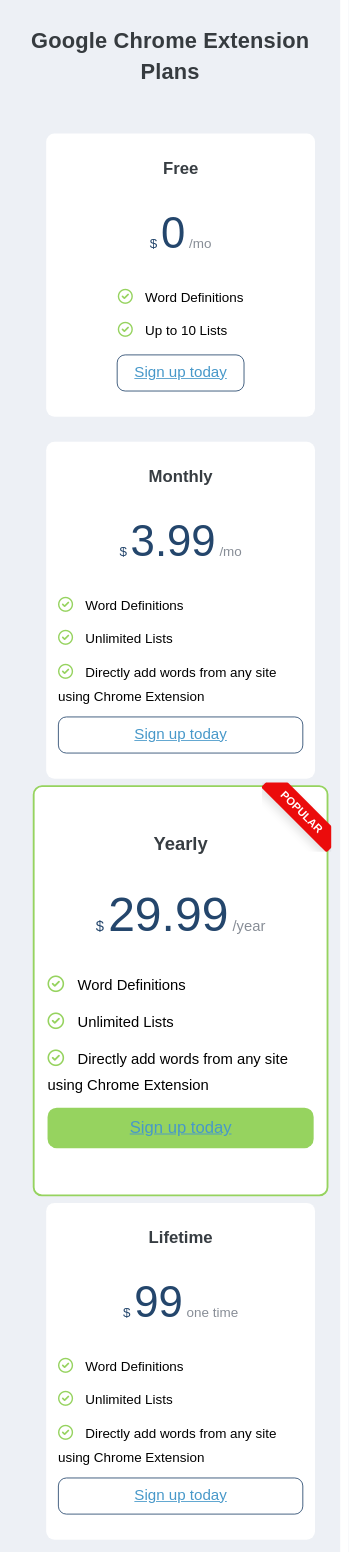
Repository: Novoselets28/chatos-test-task
Page: index.html
The author's editor kept a copy of each file at every save. The page is drawn from the files as they stood at one save, then again after the next save.
The browser window is 375 px wide. The page is 415 px wide, then 405 px, so the pictures cover 415 px, including what lies to the right of the window. The pictures show the whole page, at 84% of full size.

Above is the page before, as saved 2023-04-20 01:12:38.

### index.html
<!DOCTYPE html>
<html lang="en">
<head>
    <meta charset="UTF-8">
    <meta http-equiv="X-UA-Compatible" content="IE=edge">
    <meta name="viewport" content="width=device-width, initial-scale=1.0">
    <link rel="stylesheet" type="text/css" href="index.css" />
    <link rel="stylesheet" href="https://cdnjs.cloudflare.com/ajax/libs/font-awesome/6.0.0/css/all.min.css">
    <link rel="preconnect" href="https://fonts.googleapis.com">
    <link rel="preconnect" href="https://fonts.gstatic.com" crossorigin>
    <link href="https://fonts.googleapis.com/css2?family=Arimo:wght@400;700&family=Rubik&display=swap" rel="stylesheet">
    <title>Document</title>
</head>
<body>
    <div class="page__extension extension">
        <div class="extension__container _container">
            <div class="extension__header header-block">
                <h2 class="header-block__title">Google Chrome Extension Plans</h2>
            </div>
            <div class="extension__items">
                <!-- Modern pricing table - Free -->
                <div class="extension__item item-extension">
                    <h5 class="item-extension__title">Free</h5>
                    <div class="item-extension__price price-item">
                        <span class="price-item__dollar">$</span>
                        <span class="price-item__number">0</span>
                        <span class="price-item__label">/mo</span>
                    </div>
                    <div class="item-extension__points">
                        <ul class="item-extension__point point-list">
                            <li class="point-list__item">
                                <i class="icon fa-regular fa-circle-check" style="color: #96d35f;"></i>
                                Word Definitions
                            </li>
                            <li class="point-list__item">
                                <i class="icon fa-regular fa-circle-check" style="color: #96d35f;"></i>
                                Up to 10 Lists
                            </li>
                        </ul>
                        <a href="https://boostvocab.com/register" class="item-extension__button">Sign up today</a>
                    </div>

                </div>
                <!-- END : Modern pricing table - Free -->
                <!-- Modern pricing table - MOnthly -->
                <div class="extension__item item-extension">
                    <h5 class="item-extension__title">Monthly</h5>
                    <div class="item-extension__price price-item">
                        <span class="price-item__dollar">$</span>
                        <span class="price-item__number">3.99</span>
                        <span class="price-item__label">/mo</span>
                    </div>
                    <div class="item-extension__points">
                        <ul class="item-extension__point point-list">
                            <li class="point-list__item">
                                <i class="icon fa-regular fa-circle-check" style="color: #96d35f;"></i>
                                Word Definitions
                            </li>
                            <li class="point-list__item">
                                <i class="icon fa-regular fa-circle-check" style="color: #96d35f;"></i>
                                Unlimited Lists
                            </li>
                            <li class="point-list__item">
                                <i class="icon fa-regular fa-circle-check" style="color: #96d35f;"></i>
                                Directly add words from any site using Chrome Extension
                            </li>
                        </ul>
                        <a target="new" href="https://buy.stripe.com/5kAdRpbLh3k71RS6oo" class="item-extension__button">Sign up today</a>
                    </div>
                </div>
                <!-- END : Modern pricing table - Monthly -->
                <!-- Modern pricing table - Yearly -->
                <div class="extension__item item-extension item-extension_active">
                    <div class="ribbon"><span>POPULAR</span></div>
                    <h5 class="item-extension__title">Yearly</h5>
                    <div class="item-extension__price price-item">
                        <span class="price-item__dollar">$</span>
                        <span class="price-item__number">29.99</span>
                        <span class="price-item__label">/year</span>
                    </div>
                    <div class="item-extension__points">
                       <ul class="item-extension__point point-list">
                            <li class="point-list__item">
                                <i class="icon fa-regular fa-circle-check" style="color: #96d35f;"></i>
                                Word Definitions
                            </li>
                            <li class="point-list__item">
                                <i class="icon fa-regular fa-circle-check" style="color: #96d35f;"></i>
                                Unlimited Lists
                            </li>
                            <li class="point-list__item">
                                <i class="icon fa-regular fa-circle-check" style="color: #96d35f;"></i>
                                Directly add words from any site using Chrome Extension
                            </li>
                        </ul>
                        <a target="new" href="https://buy.stripe.com/aEU6oX3eL6wjdAA7st" class="item-extension__button">Sign up today</a>
                    </div>
                </div>
                <!-- END : Modern pricing table - Yearly -->
                <!-- Modern pricing table - Lifetime -->
                <div class="extension__item item-extension">
                    <h5 class="item-extension__title">Lifetime</h5>
                    <div class="item-extension__price price-item">
                        <span class="price-item__dollar">$</span>
                        <span class="price-item__number">99</span>
                        <span class="price-item__label">one time</span>
                    </div>
                    <div class="item-extension__points">
                        <ul class="item-extension__point point-list">
                            <li class="point-list__item">
                                <i class="icon fa-regular fa-circle-check" style="color: #96d35f;"></i>
                                Word Definitions
                            </li>
                            <li class="point-list__item">
                                <i class="icon fa-regular fa-circle-check" style="color: #96d35f;"></i>
                                Unlimited Lists
                            </li>
                            <li class="point-list__item">
                                <i class="icon fa-regular fa-circle-check" style="color: #96d35f;"></i>
                                Directly add words from any site using Chrome Extension
                            </li>
                        </ul>
                        <a target="new" href="https://buy.stripe.com/4gwfZxbLh8Er54428a" class="item-extension__button">Sign up today</a>
                    </div>
                </div>
            </div>
            <!-- END : Modern pricing table - Lifetime -->
        </div>
    </div>
</body>
</html>

### index.css
*{
    margin: 0;
    padding: 0;
    box-sizing: border-box;
}

.extension__container{
    background-color: #edf0f5;
}

._container{
    max-width: 1440px;
    height: 100vh;
    padding: 0 0.9375rem;
    margin: 0 auto;
    box-sizing: content-box;
    font-family: 'Arimo', sans-serif;
}

@media (max-width: 1024px){
    ._container{
        width: 100%;
        height: auto;
    }
}

@media (max-width: 768px){
    ._container{
        width: 100%;
        height: auto;
    }
}

@media (max-width: 425px){
    ._container{
        width: 100%;
        height: auto;
    }
}

.extension__header{
    margin: 0 0 2.5rem 0;
    padding: 1.875rem 0 0;
}

.header-block{
    text-align: center;
}

.header-block__title{
    font-size: 2.625rem;
    letter-spacing: 0.2px;
    font-weight: 700;
    line-height: 142%;
    color: #363b3f;
}

@media (max-width: 425px){
    .header-block__title{
        font-size: 1.625rem;
    }
}

.extension__items{
    display: flex;
    align-items: stretch;
    justify-content: center;
    font-family: inherit;
    font-size: 1.5rem;
}

@media (max-width: 1024px){
    .extension__items{
        display: flex;
        flex-wrap: wrap;

    }
}

@media (max-width: 768px){
    .extension__items{
        display: flex;
        flex-wrap: wrap;
        width: 100%;
    }
}

@media (max-width: 425px){
    .extension__items{
        display: flex;
        justify-content: center;
        flex-wrap: wrap;
        width: 400px;
    }
}

.extension__item{
    flex: 0 1 25%;
}


.item-extension{
    display: flex;
    flex-direction: column;
    justify-content: center;
    align-items: center;
    background-color: #fff;
    padding: 1.875rem 0;
    border-radius: 0.625rem;
}

@media (max-width: 1024px){
    .extension__item{
        flex: 0 1 40%;
        margin: 15px;
    }
}

@media (max-width: 768px){
    .extension__item{
        flex: 0 1 60%;
        margin: 15px;
    }
}

@media (max-width: 425px){
    .extension__item{
        flex: 0 1 80%;
        margin: 15px;
    }
}

@media (max-width: 375px){
    .extension__item{
        flex: 0 1 80%;
        margin: 15px;
    }
}

.item-extension_active{
    border: 2px solid #96d35f;
    left: 0px;
    position: relative;
    top: 0px;
    padding: 3.125rem 0;
    transform: scale(1.1);
    z-index: 1;
}

.item-extension_active .item-extension__button{
    background-color: #96d35f;
    border: none;
}

.ribbon {
    width: 4.6875rem;
    height: 4.6875rem;
    position: absolute;
    top: -0.3125rem;
    right: -0.3125rem;
    overflow: hidden;
}

.ribbon span {
    position: absolute;
    font-family: 'Arimo', sans-serif;
    font-weight: bold;
    top: 1.25rem;
    right: -1.125rem;
    transform: rotate(45deg);
    width: 6.25rem;
    background: #eb0c0c;
    padding: 5px 0;
    color: #fff;
    text-align: center;
    font-size: 0.75rem;
    box-shadow: 0 0.3125rem 0.625rem rgba(0,0,0,0.12);
}

.item-extension__title{
    color: #373d42;
    margin: 0 0 2.1875rem;
}

.item-extension__price{
    color: #24466c;
}

.price-item{
    margin: 0 0 1.5625rem;
    font-size: 1.5rem;
    text-align: center;
    font-family: 'Poppins', sans-serif;
    font-weight: lighter;
}

@media (max-width: 1024px){
    .price-item{
        font-size: 1rem;
    }
}

.price-item__dollar{
    font-size: 1rem;
}

.price-item__number{
    text-transform: uppercase;
    font-size: 5.25rem;
}

@media (max-width: 1024px){
    .price-item__number{
        font-size: 3.25rem;
    }
}

.price-item__label{
    color: #878d96;
    font-size: 1rem;
}

.item-extension__points{
    display: flex;
    flex-direction: column;
    justify-content: center;
    align-items: center;
    margin: 0 1.875rem;
}

@media (max-width: 1024px){
    .item-extension__points{
        margin: 0 0.875rem;
    }
}

.item-extension__point{
    color: inherit;
    font-weight: 400;
    line-height: 150%;
    font-size: 1rem;
    display: flex;
    flex-direction: column;
    justify-content: space-around;
    align-items: center;
    margin: 0 0 0.625rem;
}

.point-list{

}

.point-list__item .icon{
    content: "f058";
    font-family: "Font Awesome 6 Free";
    font-size: 1.125rem;
    line-height: 2;
    padding: 0 0.625rem 0 0;
}

.point-list__item{
    list-style-type: none;
    width: 100%;
    padding: 0.625rem 0;
}

@media (max-width: 1024px){
    .point-list__item{
        padding: 0.125rem 0;
    }
}

.item-extension__button{
    border: 1px solid #24466c;
    min-height: 2.75rem;
    display: flex;
    font-weight: 400;
    justify-content: center;
    align-items: center;
    line-height: 120%;
    padding: 0.3125rem 1.25rem;
    text-align: center;
    border-radius: 0.625rem;
    width: 100%;
    color: #4798c9;
    font-size: 1.125rem;
}

After the next save:
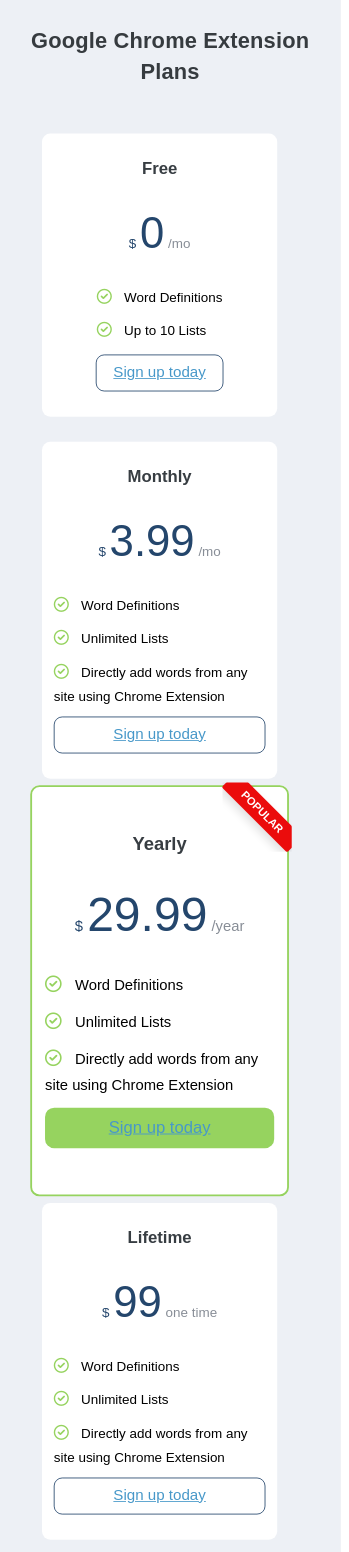
Saved 70 s later.
--- a/index.css
+++ b/index.css
@@ -91,6 +91,15 @@
         justify-content: center;
         flex-wrap: wrap;
         width: 400px;
+    }
+}
+
+@media (max-width: 375px){
+    .extension__items{
+        display: flex;
+        justify-content: center;
+        flex-wrap: wrap;
+        width: 350px;
     }
 }
 
@@ -246,10 +255,6 @@
     margin: 0 0 0.625rem;
 }
 
-.point-list{
-
-}
-
 .point-list__item .icon{
     content: "f058";
     font-family: "Font Awesome 6 Free";
